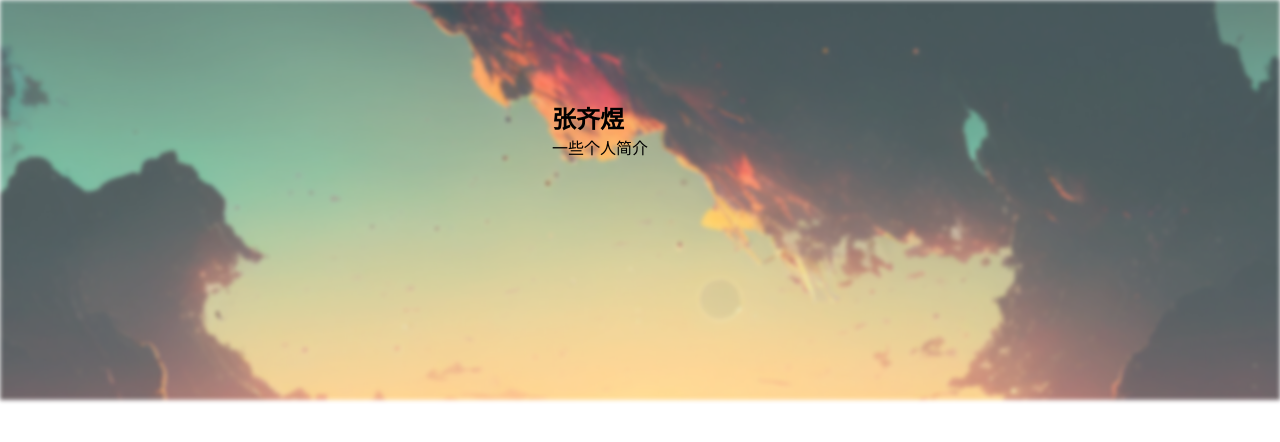
Repository: TheBiggestFatCat/myblog-frontend
Page: /
The author's editor kept a copy of each file at every save. The page is drawn from the files as they stood at one save, then again after the next save.
The browser window is 1280 px wide. The pictures show the whole page.
The project was rebuilt for these pictures with package versions that can differ from the ones it lists, and the page was loaded fresh each time. Also part of the build but not shown: vite.config.ts.

Above is the page before, as saved 2023-02-26 08:46:23.

### src/style.css
* {
  margin: 0;
  padding: 0;
}

/* :root {
  font-family: Inter, system-ui, Avenir, Helvetica, Arial, sans-serif;
  line-height: 1.5;
  font-weight: 400;

  color-scheme: light dark;
  color: rgba(255, 255, 255, 0.87);
  background-color: #242424;

  font-synthesis: none;
  text-rendering: optimizeLegibility;
  -webkit-font-smoothing: antialiased;
  -moz-osx-font-smoothing: grayscale;
  -webkit-text-size-adjust: 100%;
}

a {
  font-weight: 500;
  color: #646cff;
  text-decoration: inherit;
}
a:hover {
  color: #535bf2;
}

body {
  margin: 0;
  display: flex;
  place-items: center;
  min-width: 320px;
  min-height: 100vh;
}

h1 {
  font-size: 3.2em;
  line-height: 1.1;
}

button {
  border-radius: 8px;
  border: 1px solid transparent;
  padding: 0.6em 1.2em;
  font-size: 1em;
  font-weight: 500;
  font-family: inherit;
  background-color: #1a1a1a;
  cursor: pointer;
  transition: border-color 0.25s;
}
button:hover {
  border-color: #646cff;
}
button:focus,
button:focus-visible {
  outline: 4px auto -webkit-focus-ring-color;
}

.card {
  padding: 2em;
}

#app {
  max-width: 1280px;
  margin: 0 auto;
  padding: 2rem;
  text-align: center;
}

@media (prefers-color-scheme: light) {
  :root {
    color: #213547;
    background-color: #ffffff;
  }
  a:hover {
    color: #747bff;
  }
  button {
    background-color: #f9f9f9;
  }
} */

### src/App.vue
<script setup lang="ts">
import Home from './components/Home/Home.vue';
</script>

<template>
  <Home/>
</template>

<style scoped>
</style>

### src/components/Home/Home.vue
<template>
  <div class="home">
    <div class="home-top">
      <div class="avatar"></div>
      <div class="avatar-right">
        <h2>张齐煜</h2>
        <p>一些个人简介</p>
      </div>
    </div>
  </div>
</template>

<script lang='ts' setup>
</script>

<style lang="less" scoped>
.home-top {
  width: 1000px;
  height: 400px;
  padding: 100px;
  display: flex;
  justify-content: center;
}

.home-top::before {
  content: "";
  position: absolute;
  top: 0;
  left: 0;
  width: 100vw;
  height: 400px;
  // width: 100%;
  // height: 100%;
  background-image: url(@/assets/pics/home1.jpg);
  // background-position: 0 -200px;
  background-size: cover;
  filter: blur(2px); /* 设置模糊半径 */
  opacity: 0.85; /* 设置不透明度 */
  z-index: -1; /* 将遮罩层放在最底层 */
}
</style>

Loaded but not shown: index.html (common file); src/main.ts (common file)

After the next save:
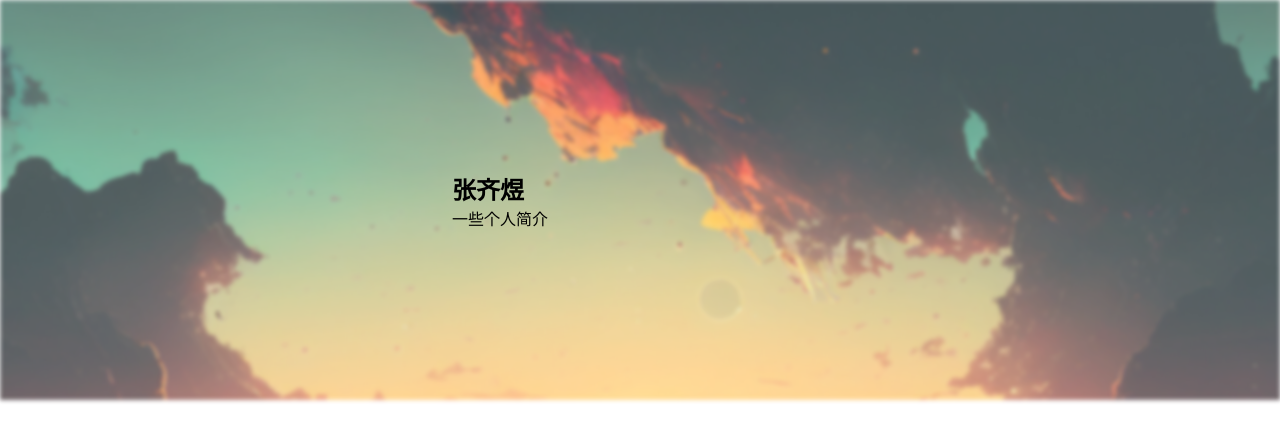
Saved 8 s later.
--- a/src/components/Home/Home.vue
+++ b/src/components/Home/Home.vue
@@ -17,7 +17,7 @@
 .home-top {
   width: 1000px;
   height: 400px;
-  padding: 100px;
+  align-items: center;
   display: flex;
   justify-content: center;
 }
